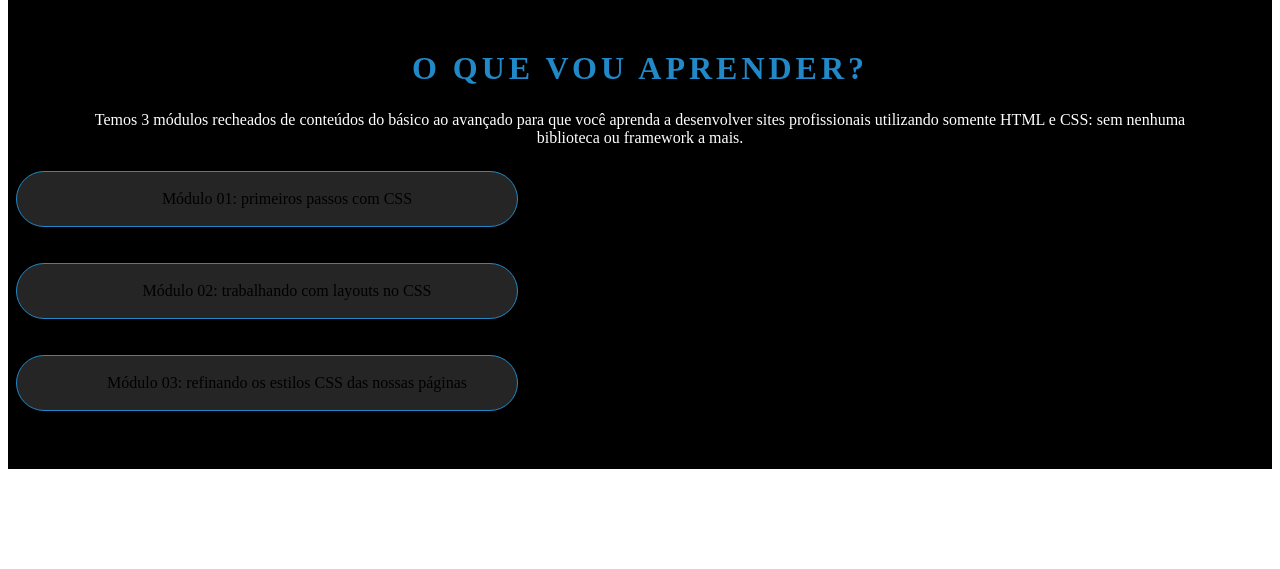
Repository: gustavotwist/trilha-css-desafio-01
Page: index.html
These files come from the project's save history. The page is drawn as it stood at one moment and after the next save; the edit follows.
The browser window is 1280 px wide. The pictures show the part of the page from y = 619 to 1188 px (the page is 2958 px tall before and 2988 px after).
Pictures or frames that could not be fetched are drawn as grey boxes. A picture or video elsewhere on the page could not be fetched, so the positions and the page height are approximate.

Above is the page before, as saved 2024-07-16 19:18:52.

After the next save:
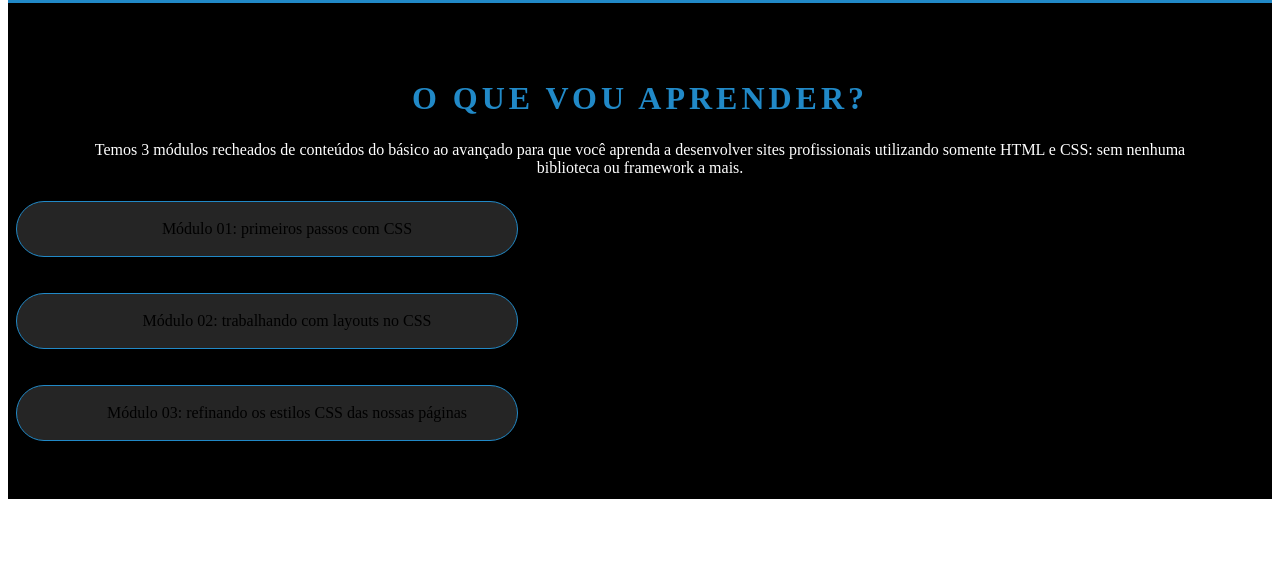
Saved 12 s later.
--- a/global.css
+++ b/global.css
@@ -1,7 +1,7 @@
 .banner {
     background:url('/assets/images/banner.png'), no-repeat, linear-gradient(to bottom, #030709, #030709 10%, #0a1b23 50%, #030709 95%);
     background-size: cover;
-    height: 550px;
+    height: 580px;
     padding-top: 60px;
     border-bottom: 1px solid #2189c7;
 }
